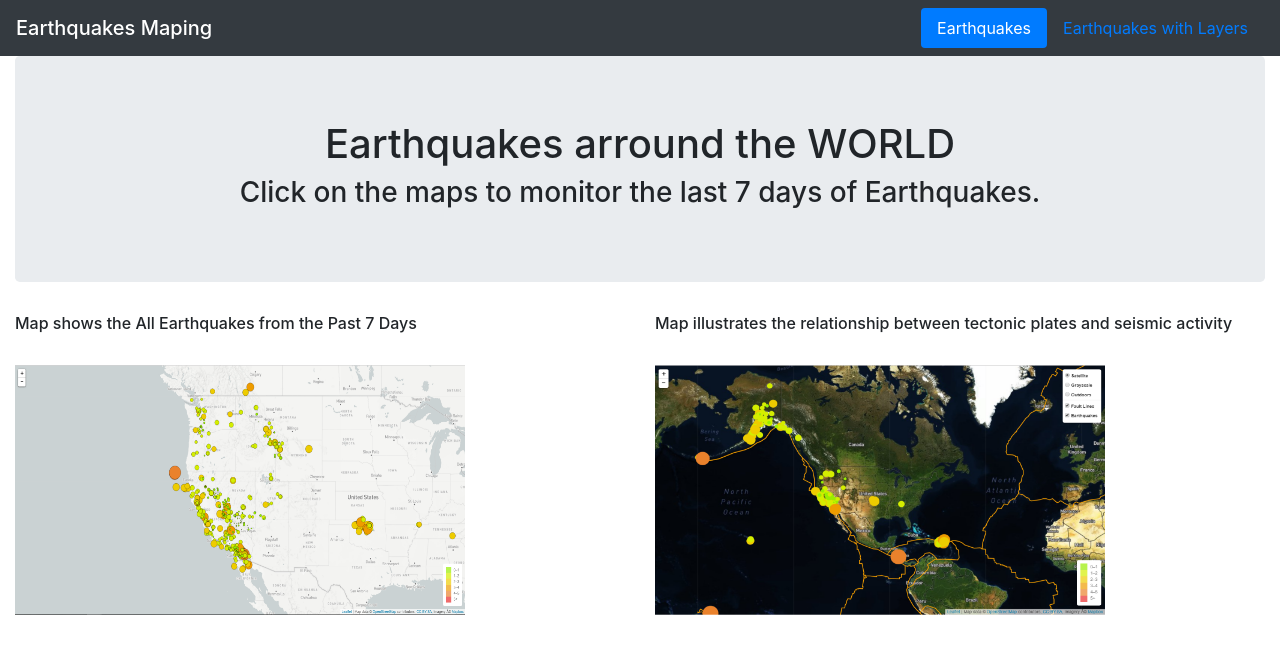
Repository: ermiasgelaye/leaflet-challenge
Page: index.html
An editor plug-in stored every save of this project. The page is shown before and after the next save, followed by the edit.
The browser window is 1280 px wide. The pictures show the whole page.

Above is the page before, as saved 2020-09-18 21:39:10.

After the next save:
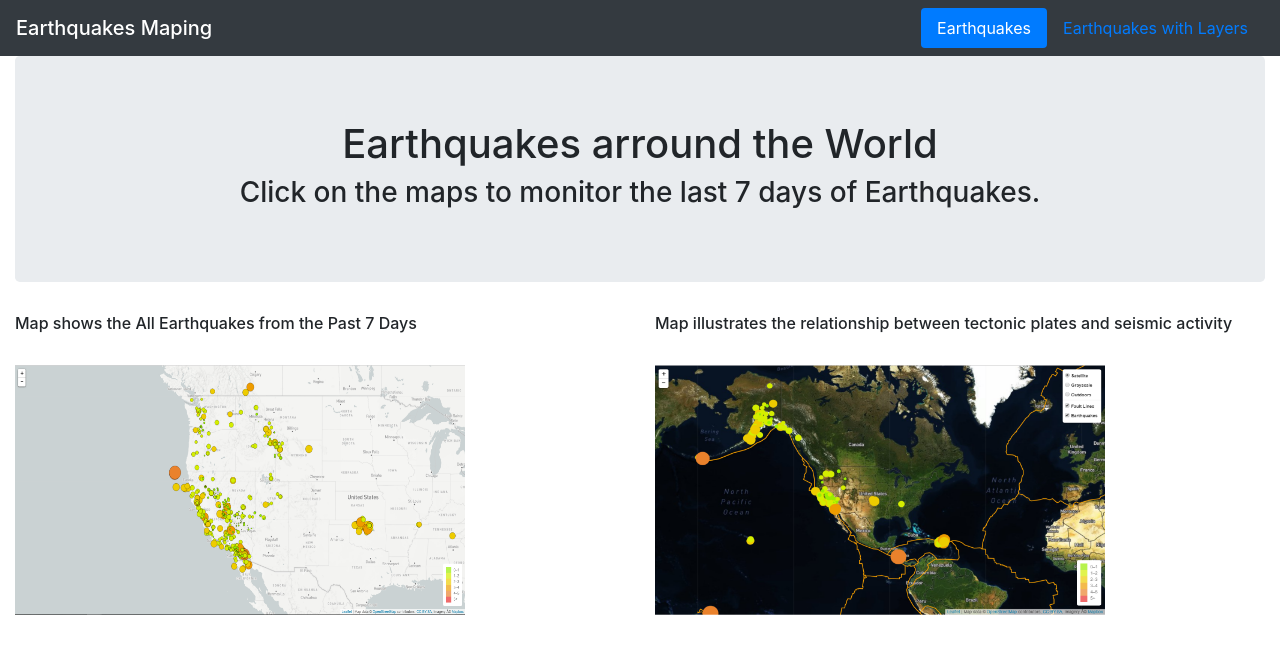
Saved 2 min 33 s later.
--- a/index.html
+++ b/index.html
@@ -37,7 +37,7 @@
     </nav>
     <div class="container-fluid">
       <div class="jumbotron text-center">
-        <h1>Earthquakes arround the WORLD</h1>
+        <h1>Earthquakes arround the World</h1>
         <h3>
           Click on the maps to monitor the last 7 days of Earthquakes.
         </h3>
